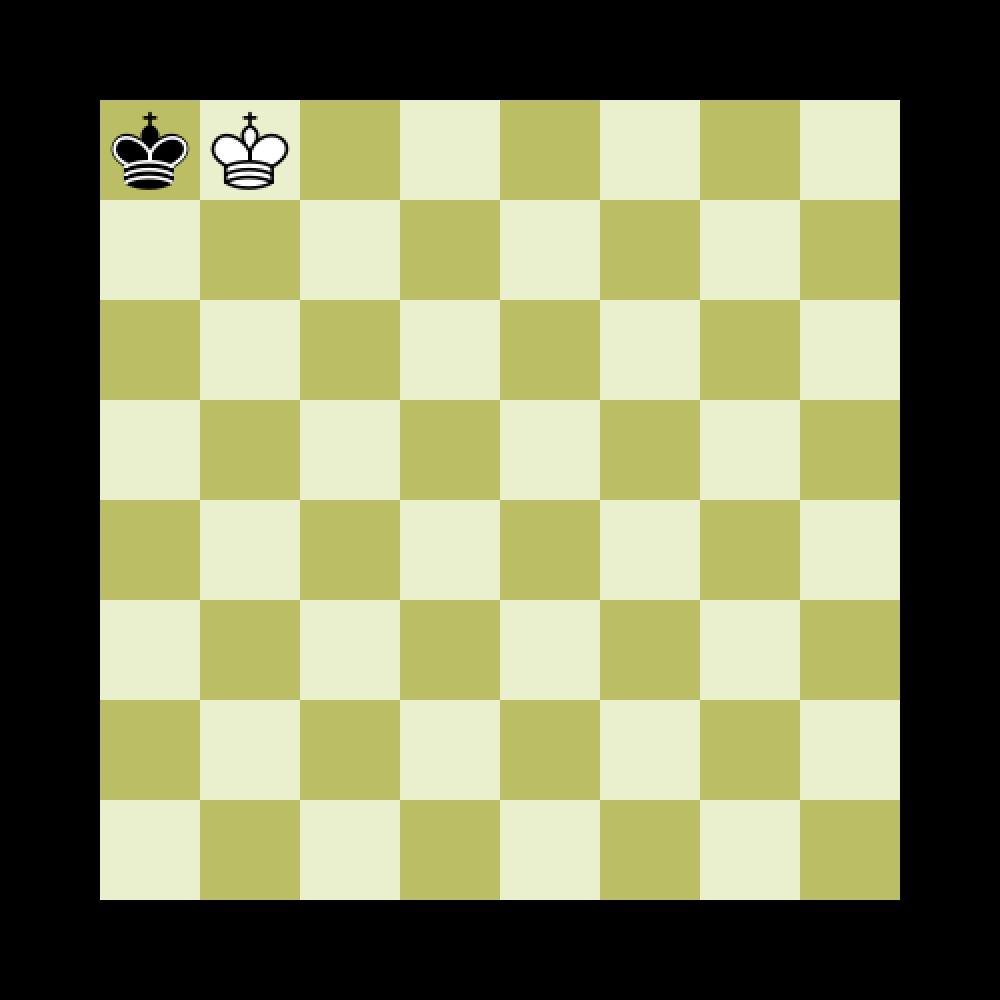
Repository: a-longe/capstone
Script's output: python engine/drag_n_drop_test.py
The author's editor kept a copy of each file at every save. The script's output is drawn from the files as they stood at one save, then again after the next save.
The window is shown after at most 60 frames with no key pressed. Random numbers start from a fixed seed. It also reads engine/images/bK.png, engine/images/bN.png, engine/images/bP.png, engine/images/bQ.png, engine/images/bR.png, engine/images/wK.png, engine/images/wN.png, engine/images/wP.png, engine/images/wQ.png, engine/images/wR.png.

Above is the script's output before, as saved 2023-12-17 16:38:42.

### engine/drag_n_drop_test.py
import os
import sys
import pygame as pg
import math

Cord = tuple[int, int]
TOP_LEFT = 100
BOTTOM_RIGHT = 900
SQUARE_SIZE = 100
SCREEN_SIZE = 1000

RECT_DATA = 0
GLYPH = 1

def is_even(n):
    return 0 == n % 2

def is_odd(n):
    return 1 == n % 2

def black_square(surface, image, rect):
    image.fill((187,190,100))
    surface.blit(image, rect)

def white_square(surface, image, rect):
    image.fill((234,240,206))
    surface.blit(image, rect)

def get_snap_cords(x, y) -> Cord:
    return (math.floor(x / SQUARE_SIZE) * SQUARE_SIZE,
            math.floor(y / SQUARE_SIZE) * SQUARE_SIZE)

def fen_to_pieces(fen) -> list[tuple[tuple[int, int, int, int], str]]:
    lo_pieces = []
    pieces = fen.split(' ')[0]
    rows = pieces.split('/')
    r_i = 0
    for row in rows:
        c_i = 0
        for char in row:
            if char.isdigit():
                c_i += int(char) - 1
            else:
                # convert c_i and r_i into square
                lo_pieces.append(((c_i * SQUARE_SIZE + SQUARE_SIZE,
                                   r_i * SQUARE_SIZE + SQUARE_SIZE,
                                    SQUARE_SIZE, SQUARE_SIZE), char))
            c_i += 1
        r_i += 1
    return lo_pieces


IMAGE_DIR = os.path.join(os.path.dirname(os.path.abspath(__file__)), 'images')

def get_piece_img(glyph:str) -> pg.Surface:
    if glyph.isupper():
        color = 'w'
    else:
        color = 'b'
    piece_type = glyph.upper()
    return pg.image.load(os.path.join(IMAGE_DIR, f"{color}{piece_type}.png"))


square_coords = [[i, j] for i in range(TOP_LEFT, BOTTOM_RIGHT, SQUARE_SIZE) \
                for j in range(TOP_LEFT, BOTTOM_RIGHT, SQUARE_SIZE)]


class Piece:
    # A Piece object needs to know about the Board because its behaviour
    # depends on the location of other Piece objects--only the Board knows
    # about them--that's why Board is an argument. It also needs to know its
    # dimensions, so we pass them in rect
    def __init__(self, Board, rect, glyph):
        self.board = Board
        self.rect = pg.Rect(rect)
        # self.cord = square_to_cords(square)
        self.previous_center = self.rect.center
        # a Piece object has a click attribute that is true if the
        # left mouse button is down and on top of the Piece
        self.click = False
        self.image = pg.transform.scale(get_piece_img(glyph), (SQUARE_SIZE,
                                                               SQUARE_SIZE))
        self.is_white = glyph.isupper()

    # Check that the player has been selected and that the mouse will
    # not cause the player to bleed out of bounds.

    # To deal with collisions, save current position, and then move
    # the player to the mouse position. If there is a collision, then
    # move the rectangle back to the previous position.

    # Regardless, draw the player
    def update(self):
        if (self.click):
            self.rect.center = pg.mouse.get_pos()
        self.board.surface.blit(self.image, self.rect)

    def snap_to_square(self) -> None:
        if self.board.mouse_inside_bounds():
            player_cords = (self.rect.center[0], self.rect.center[1])
            self.rect.topleft = get_snap_cords(*player_cords)




class Board:
    # Each position corresponds to the arguments needed to instantiate
    # the PyGame.Rect class: (x, y, width, height) corresponding to a player

    # The Board class updates itself by asking the players to paint themselves.

    # It has a number of methods that exist so other parts of the program can
    # inquire about the current state of the board
    def __init__(self, positions):
        self.surface = pg.display.set_mode((SCREEN_SIZE, SCREEN_SIZE))
        self.piece_map = {}
        for piece_data in positions:
            rect = piece_data[RECT_DATA]
            glyph = piece_data[GLYPH]
            square:int = self.get_square_index(*rect[:2])
            self.piece_map[square] = Piece(self, rect, glyph)

    def clear_surface(self):
        self.surface.fill(0)

    def get_players(self):
        return self.piece_map.values()

    def set_piece(self, square:int, piece:Piece):
        self.piece_map[square] = piece

    def is_inside_bounds(self, x, y) -> bool:
        return (x >= TOP_LEFT and x <= BOTTOM_RIGHT and
                y >= TOP_LEFT and y <= BOTTOM_RIGHT)

    def mouse_inside_bounds(self):
        return self.is_inside_bounds(*pg.mouse.get_pos())

    def get_square_index(self, x, y) -> int:
        """
        Precondition: x, y point must be inside board already
        """
        x -= 100
        y -= 100
        x //= 100
        y //= 100
        return (y * 8) + x

    def display_grid(self):
        for x, y in square_coords:
            row = x / 100
            column = y / 100
            rect = pg.Rect([x, y, 100, 100])
            image = pg.Surface(rect.size).convert()
            if not (is_odd(row) ^ is_odd(column)):
                black_square(self.surface, image, rect)
            else:
                white_square(self.surface, image, rect)

    def del_piece(self, piece:Piece):
        map_key = self.get_square_index(*piece.rect[:2])
        del self.piece_map[map_key]

    def on_mouse_down(self):
        for piece in self.get_players():
            # The event positions is the mouse coordinates
            if piece.rect.collidepoint(pg.mouse.get_pos()):
                if not piece.click:
                    # store current center
                    piece.previous_center = piece.rect.center
                piece.click = True

    def on_mouse_up(self) -> None:
        pieces_to_be_deleted = []
        for piece in self.get_players():
                if piece.click:
                    # if valid location and is legal move()
                    if piece.board.mouse_inside_bounds() and True:
                        # does piece collide with another piece
                        colliding_piece = [piece_2 for piece_2 in self.get_players() if piece_2.rect.collidepoint(pg.mouse.get_pos())]
                        colliding_piece.remove(piece)
                        if not colliding_piece:
                            # if not colliding with any piece
                            piece.snap_to_square()
                        elif piece.is_white != colliding_piece[0].is_white:
                            # if colliding with piece with different colour
                            # delete piece from piece_list and then snap
                            pieces_to_be_deleted.append(colliding_piece[0])
                            piece.snap_to_square()
                        else:
                            piece.rect.center = piece.previous_center
                    # else set cords to last square
                    else:
                        piece.rect.center = piece.previous_center
                piece.click = False
        for piece_to_del in pieces_to_be_deleted:
            self.del_piece(piece_to_del)

    def update_board(self):
        self.clear_surface()
        self.display_grid()
        for piece in self.get_players():
            piece.update()


def main(Board):
    # listen for events and update board in response to them
    game_event_loop(Board)
    Board.update_board()


# Notice that the event loop has been given its own function. This makes
# the program easier to understand.
def game_event_loop(Board):
    for event in pg.event.get():
        if event.type == pg.MOUSEBUTTONDOWN:
            Board.on_mouse_down()
        elif event.type == pg.MOUSEBUTTONUP:
            Board.on_mouse_up()
        elif event.type == pg.QUIT:
            pg.quit()
            sys.exit()


"""
Testing Fen Strings:
8/8/8/8/8/8/8/8 w - - 0 1
kK6/8/8/8/8/8/8/8 w - - 0 1
8/P3N3/2n1P3/2p4k/3Qp3/1qR3rp/3K3P/R5r1 w - - 0 1
"""

if __name__ == "__main__":
    os.environ['SDL_VIDEO_CENTERED'] = '1'
    pg.init()
    MyBoard = Board(fen_to_pieces('kK6/8/8/8/8/8/8/8 w - - 0 1'))
    MyClock = pg.time.Clock()
    while True:
        main(MyBoard)
        pg.display.update()
        MyClock.tick(60)

After the next save:
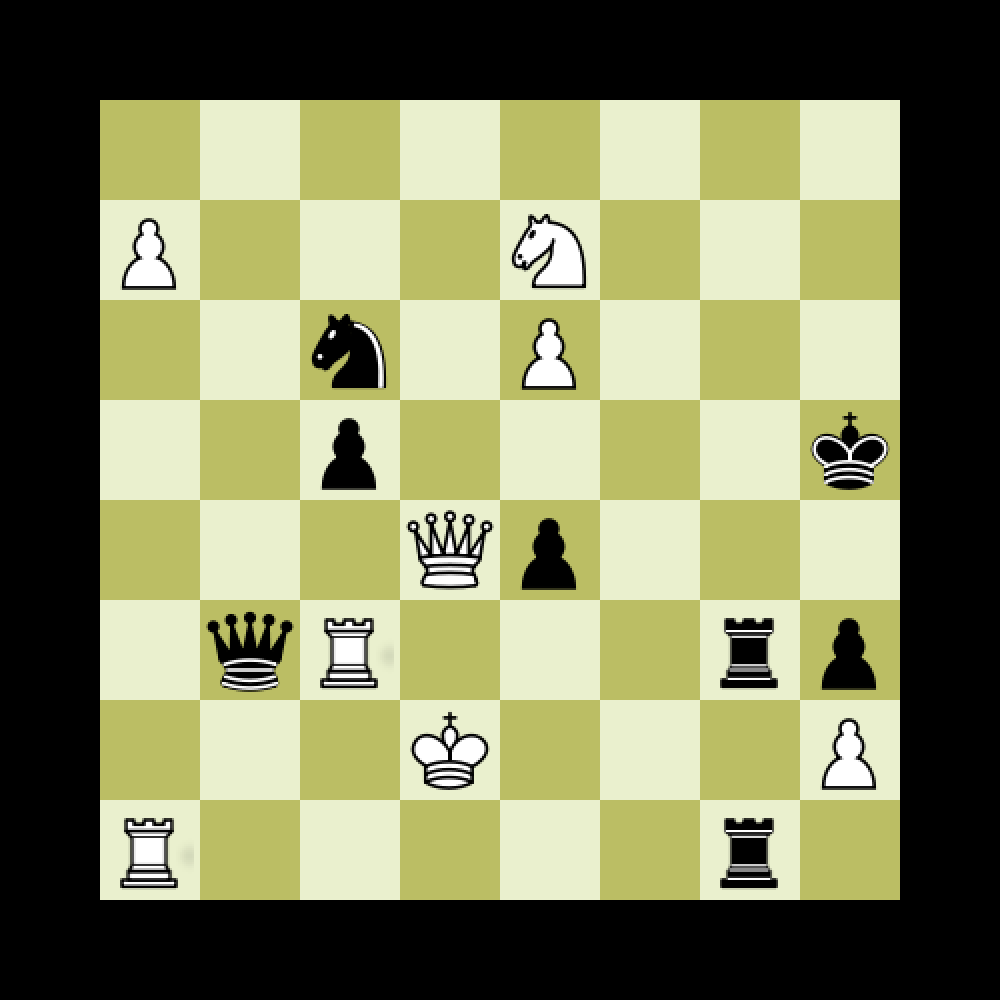
Saved 15 s later.
--- a/engine/drag_n_drop_test.py
+++ b/engine/drag_n_drop_test.py
@@ -232,7 +232,7 @@
 if __name__ == "__main__":
     os.environ['SDL_VIDEO_CENTERED'] = '1'
     pg.init()
-    MyBoard = Board(fen_to_pieces('kK6/8/8/8/8/8/8/8 w - - 0 1'))
+    MyBoard = Board(fen_to_pieces('8/P3N3/2n1P3/2p4k/3Qp3/1qR3rp/3K3P/R5r1 w - - 0 1'))
     MyClock = pg.time.Clock()
     while True:
         main(MyBoard)

After the 3 saves that followed:
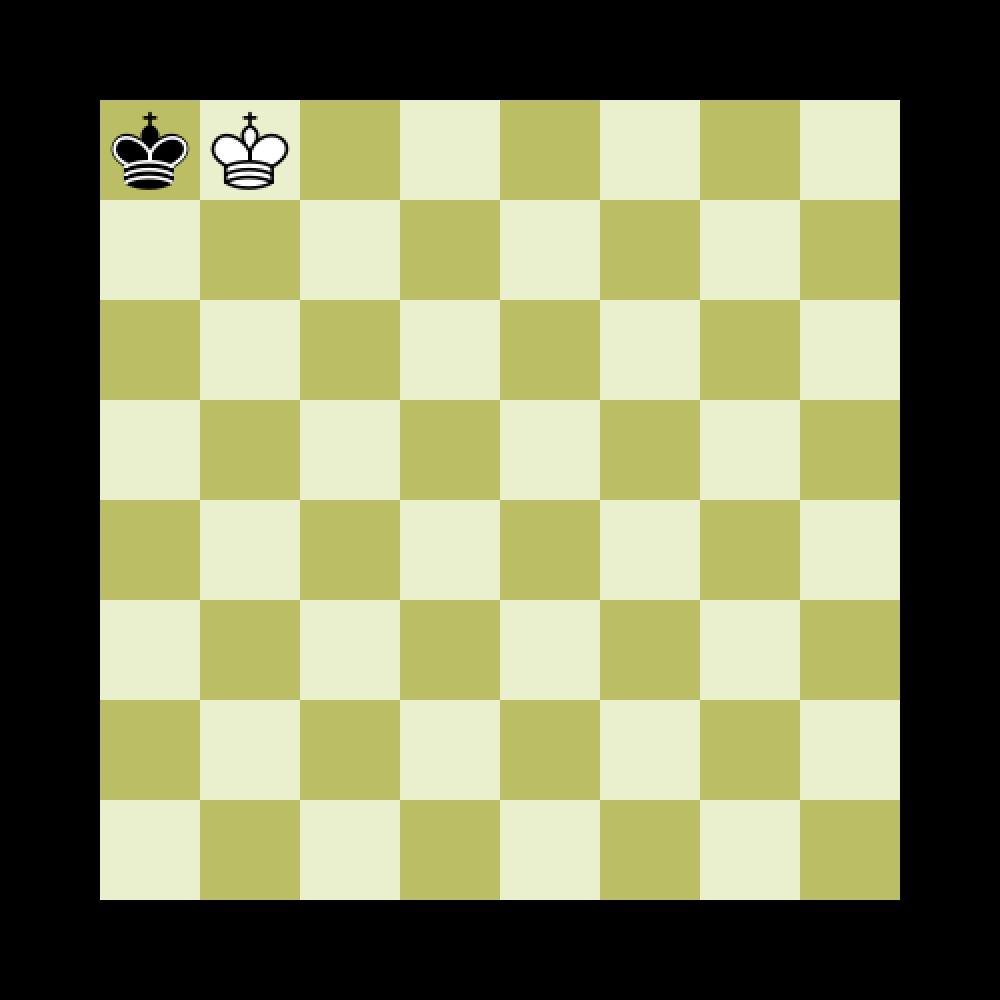
The 3 saves are shown as one change because 2 left the picture as it was.
The last was saved 2 min 24 s later.
--- a/engine/drag_n_drop_test.py
+++ b/engine/drag_n_drop_test.py
@@ -2,6 +2,7 @@
 import sys
 import pygame as pg
 import math
+from pprint import pprint
 
 Cord = tuple[int, int]
 TOP_LEFT = 100
@@ -195,6 +196,7 @@
                 piece.click = False
         for piece_to_del in pieces_to_be_deleted:
             self.del_piece(piece_to_del)
+        pprint(self.piece_map)
 
     def update_board(self):
         self.clear_surface()
@@ -232,7 +234,7 @@
 if __name__ == "__main__":
     os.environ['SDL_VIDEO_CENTERED'] = '1'
     pg.init()
-    MyBoard = Board(fen_to_pieces('8/P3N3/2n1P3/2p4k/3Qp3/1qR3rp/3K3P/R5r1 w - - 0 1'))
+    MyBoard = Board(fen_to_pieces('kK6/8/8/8/8/8/8/8 w - - 0 1'))
     MyClock = pg.time.Clock()
     while True:
         main(MyBoard)
